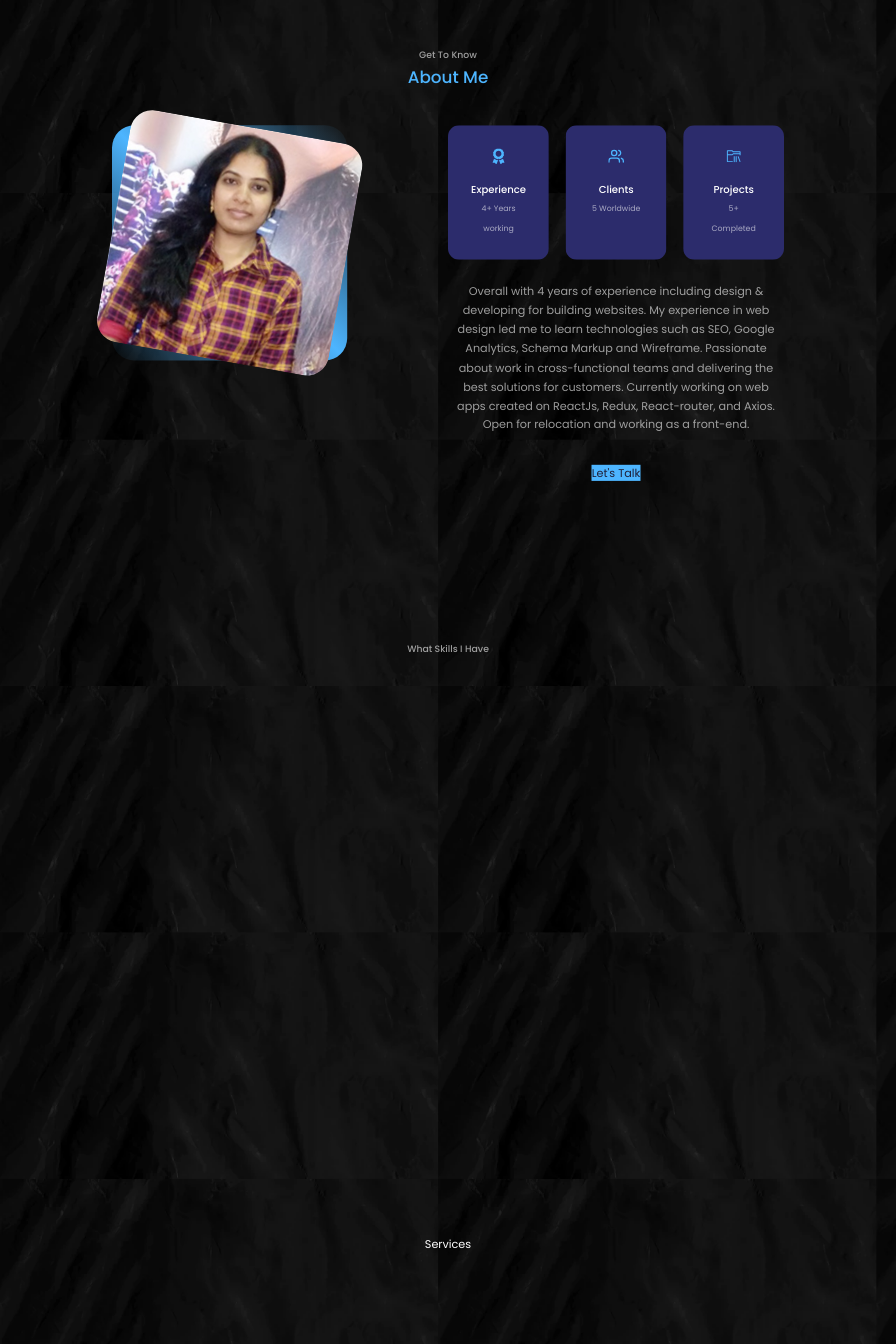
Repository: mayuri2018/Mr_react_portfolio
Page: /
The author's editor kept a copy of each file at every save. The page is drawn from the files as they stood at one save, then again after the next save.
The browser window is 1280 px wide. The pictures show the part of the page from y = 780 to 2700 px (the page is 5835 px tall), at 70% of full size.
The project was rebuilt for these pictures with package versions that can differ from the ones it lists, and the page was loaded fresh each time. Also part of the build but not shown: src/components/experience/experience.css, src/components/services/services.css, src/components/portfolio/portfolio.css, src/components/testimonials/testimonials.css, src/components/contact/contact.css, src/components/footer/footer.css.

Above is the page before, as saved 2023-01-25 13:51:16.

After the next save:
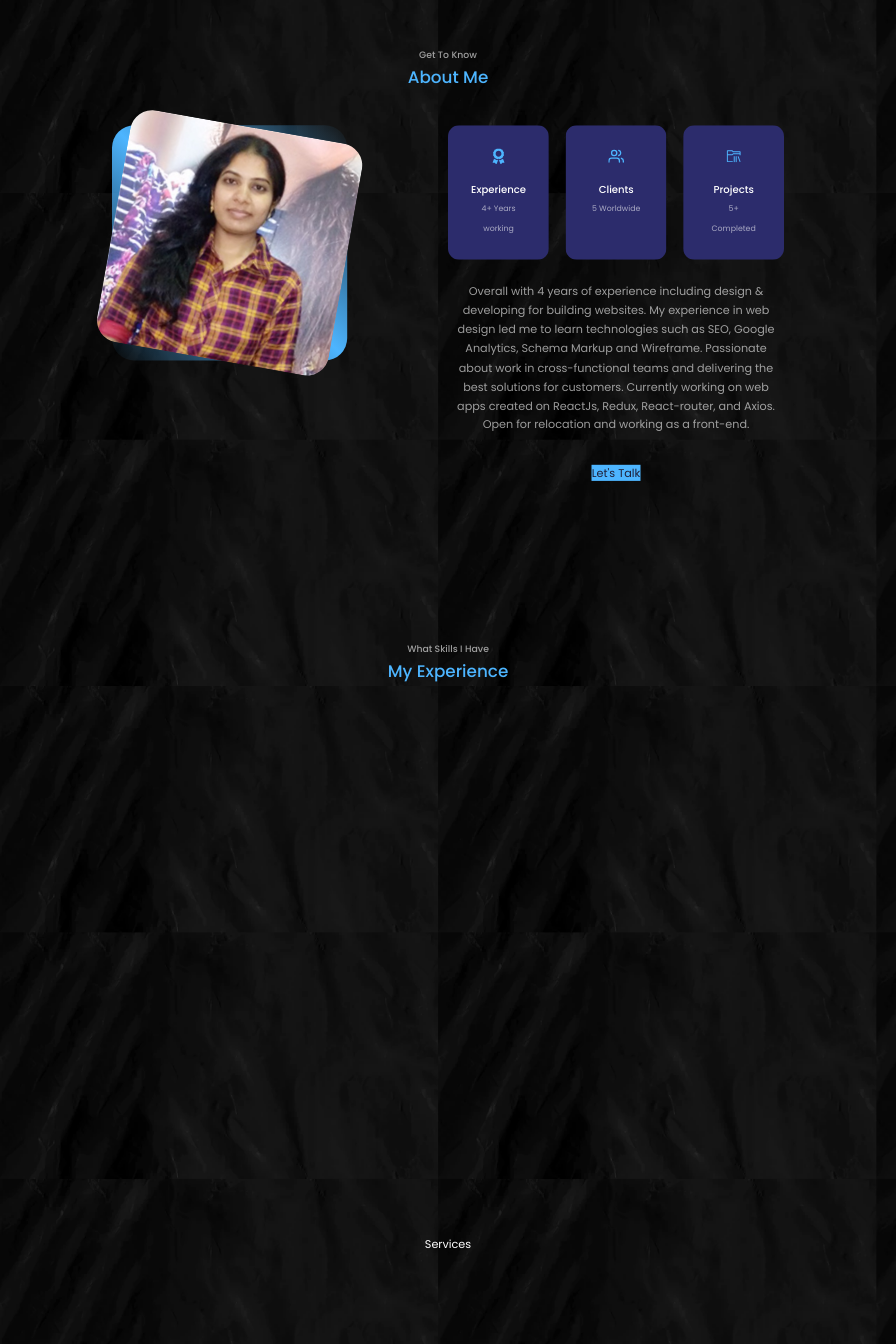
Saved 101 s later.
--- a/src/components/experience/Experience.jsx
+++ b/src/components/experience/Experience.jsx
@@ -5,6 +5,11 @@ export default function Experience (){
     return(
         <section id="experience">
             <h5>What Skills I Have</h5>
+            <h2>My Experience</h2>
+
+            <div className="container experience_container">
+
+            </div>
         </section>
     )
 }
